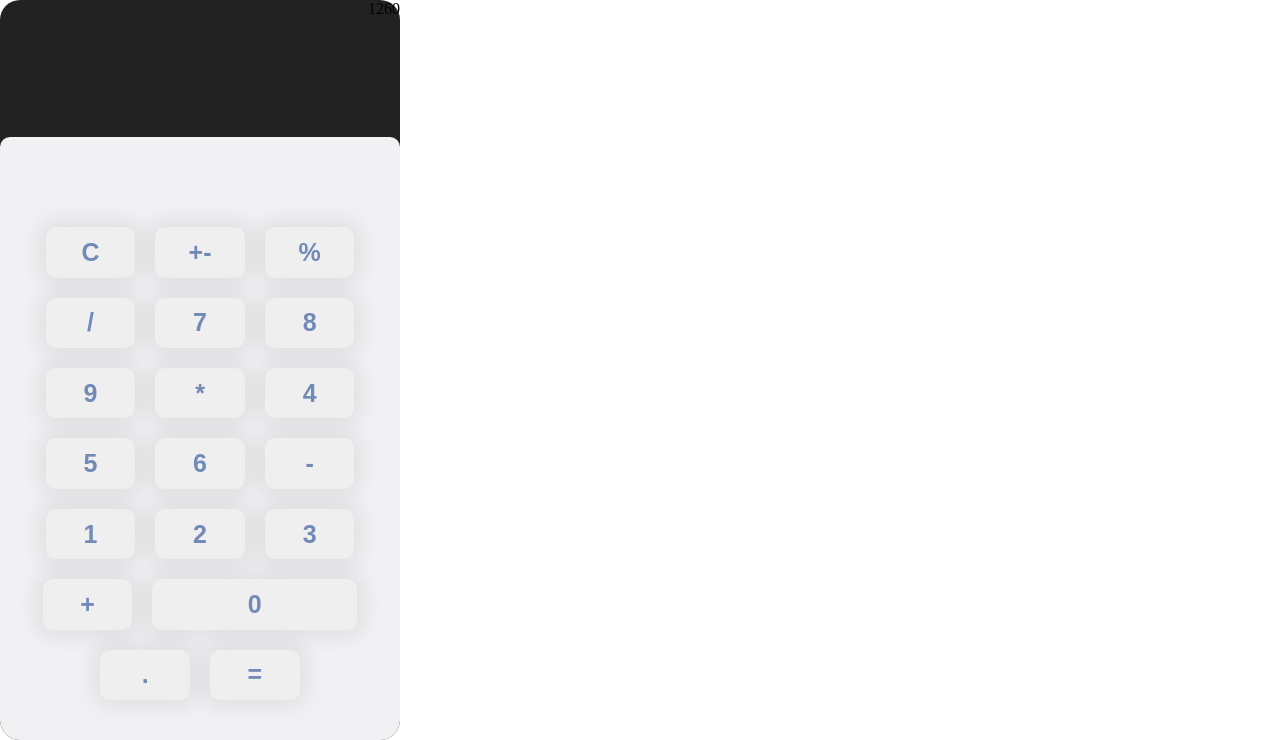
Repository: BrunoBross/calculator
Page: index.html
The author's editor kept a copy of each file at every save. The page is drawn from the files as they stood at one save, then again after the next save.
The browser window is 1280 px wide. The pictures show the whole page.

Above is the page before, as saved 2021-11-30 23:09:14.

### index.html
<!DOCTYPE html>
<html lang="en">
<head>
  <meta charset="UTF-8">
  <meta http-equiv="X-UA-Compatible" content="IE=edge">
  <meta name="viewport" content="width=device-width, initial-scale=1.0">
  <title>Calculator</title>
  <link rel="stylesheet" href="./style.css">
</head>
<body>
  <main>
    <div class="calculator">
      <div class="view">
        1260
      </div>
      <div class="buttons">
        <button class="extra" id="reset">C</button>
        <button class="extra" id="moreless">+-</button>
        <button class="extra" id="percent">%</button>
        <button class="operator" id="division">/</button>
        <button class="number" id="seven">7</button>
        <button class="number" id="eight">8</button>
        <button class="number" id="nine">9</button>
        <button class="operator" id="multiply">*</button>
        <button class="number" id="four">4</button>
        <button class="number" id="five">5</button>
        <button class="number" id="six">6</button>
        <button class="operator" id="less">-</button>
        <button class="number" id="one">1</button>
        <button class="number" id="two">2</button>
        <button class="number" id="three">3</button>
        <button class="operator" id="plus">+</button>
        <button class="extra" id="zero">0</button>
        <button class="extra" id="dot">.</button>
        <button class="equals" id="equals">=</button>
      </div>
    </div>

    <div class="small-square"></div>
    <div class="square"></div>
    <div class="small-circle"></div>
    <div class="circle"></div>
  </main>
</body>
<script src="./script.js"></script>
</html>

### style.css
*{
  padding: 0;
  margin: 0;
}

.calculator{
  background-color: #232222;
  display: flex;
  flex-direction: column;
  width: 400px;
  height: 740px;
  border-radius: 20px;
}

.view{
  display: flex;
  flex-direction: row-reverse;
  height: 200px;

}

.buttons{
  padding-top: 90px;
  padding-bottom: 40px;
  background-color: #F1F1F4;
  display: flex;
  justify-content: center;
  flex-wrap: wrap;
  gap: 20px;
  border-radius: 10px 10px 20px 20px;
}

.buttons > button{
  box-shadow: 0 0 20px 8px #00000011;
  border: none;
  height: 7vh;
  width: 7vw;
  border-radius: 10px;
  cursor: pointer;
  transition: 0.3s;
  color: #728AB7;
  font-size: 25px;
  font-weight: bold;
}

.buttons > button:hover{
  filter: brightness(0.7);
}

#zero{
  width: 16vw;
}

Loaded but not shown: script.js (no copy from this time; the picture is the same without it)

After the next save:
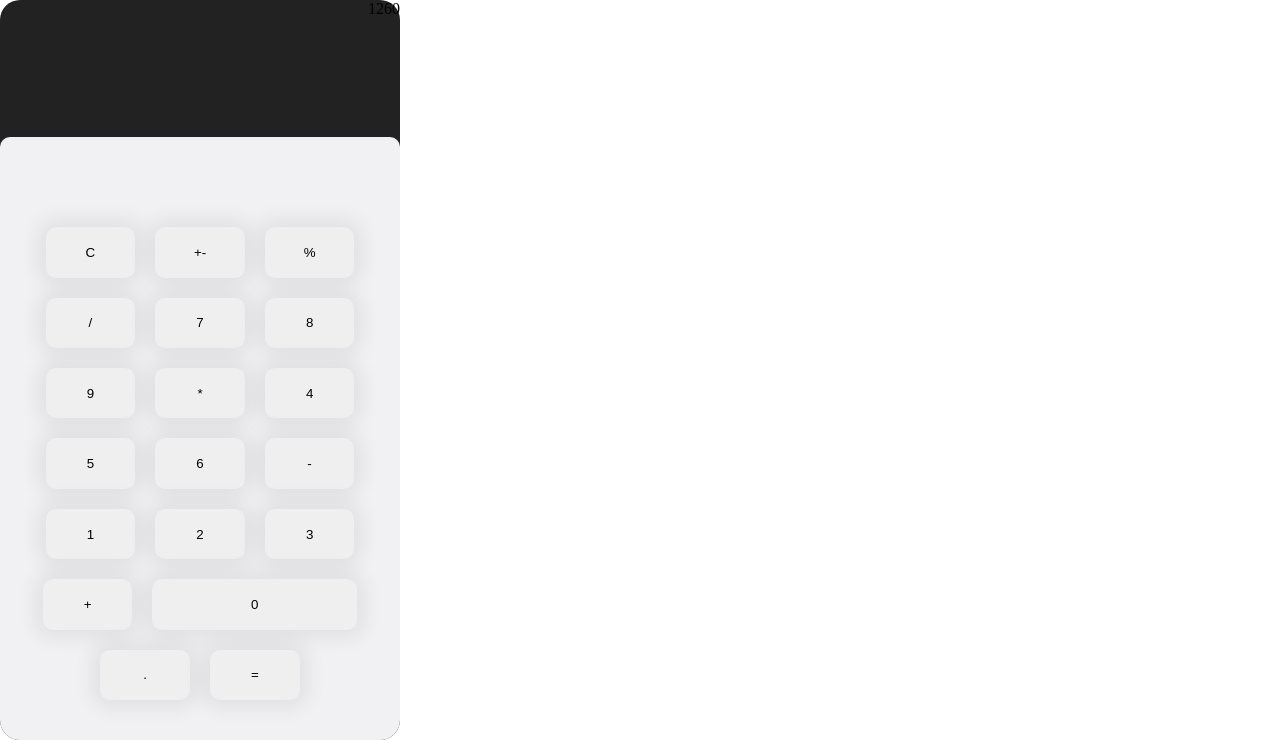
Saved 8 s later.
--- a/style.css
+++ b/style.css
@@ -38,9 +38,6 @@
   border-radius: 10px;
   cursor: pointer;
   transition: 0.3s;
-  color: #728AB7;
-  font-size: 25px;
-  font-weight: bold;
 }
 
 .buttons > button:hover{
